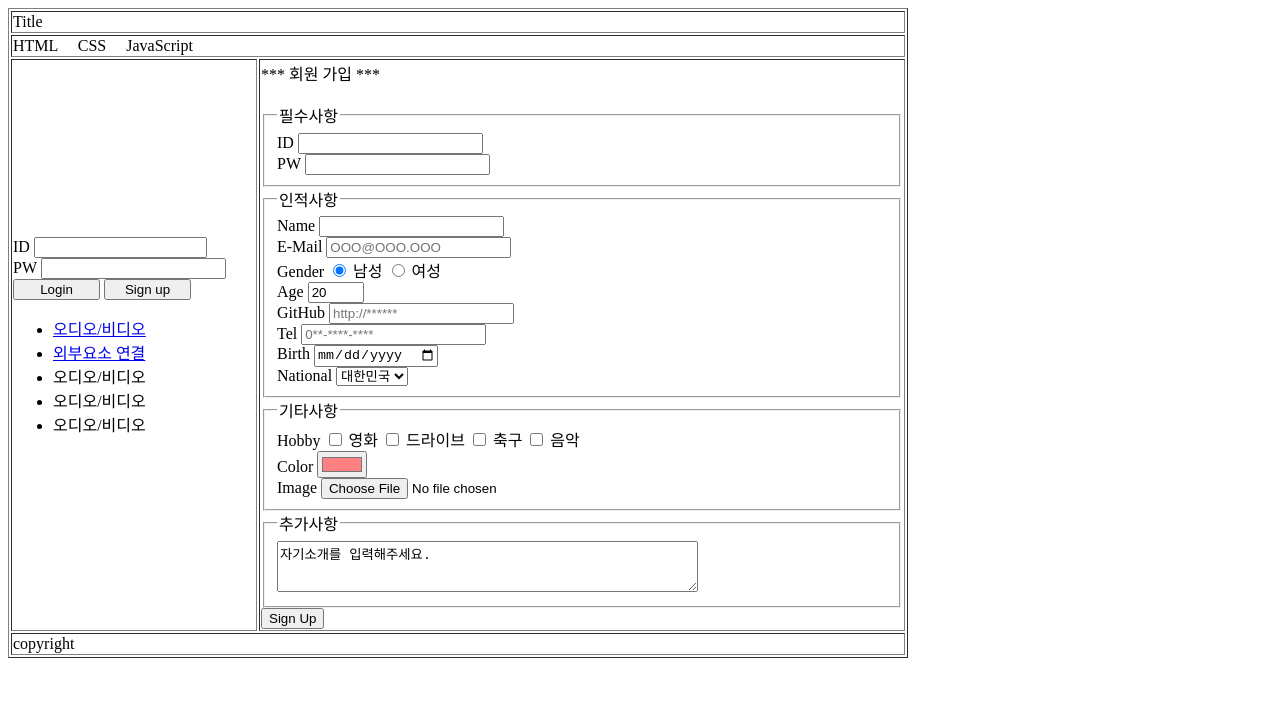
Repository: Hwangjiwon/MultiCampus
Page: http://localhost/2Study/jsp/member_insert.jsp
These files come from the project's save history. The page is drawn as it stood at one moment and after the next save; the edit follows.
The browser window is 1280 px wide. The pictures show the whole page.
The page is served by Tomcat 9. Other server files are loaded and not shown.

Above is the page before, as saved 2019-05-31 02:52:25.

### 2Study/WebContent/jsp/member_insert.jsp
<%@ page language="java" contentType="text/html; charset=UTF-8"
	pageEncoding="UTF-8"%>

<jsp:include page="header.jsp"></jsp:include>
<jsp:include page="side.jsp"></jsp:include>
<td>

	*** 회원 가입 *** <br> <br>

	<form action = "/2Study/Main?sign=member_insert" method="get">
		<fieldset>
			<legend>필수사항</legend>
		ID <input type = "text" name = "id" > <br>
		PW <input type = "text" name = "pw" > <br>
		</fieldset>
		<fieldset>
			<legend>인적사항</legend>
		Name <input type = "text" name = "name"> <br>
		E-Mail <input type ="email" placeholder="OOO@OOO.OOO" /> <br>
		Gender <input type = "radio" name = gender" value = "male" checked /> 남성
			<input type = "radio" name = gender" value = "female" /> 여성 <br>
		Age <input type = "number" min = "1" max ="99" step ="1" value ="20"/> <br>
		GitHub <input type = "url" placeholder="http://******"/> <br>
		Tel <input type ="tel" pattern ="[0-9]{2,3}-[0-9]{3,4}-[0-9]{4}" placeholder ="0**-****-****"/><br>
		Birth <input type ="date" name ="birth"/> <br>
		National <select name ="country">
					<option value = "Korea" selected> 대한민국 </option>
					<option value = "USA"> 미국 </option>
					<option value = "UK"> 영국 </option>
					<option value = "Japan"> 일본 </option>
					<option value = "China"> 중국 </option>
				</select> <br>
		</fieldset>
		<fieldset>
			<legend>기타사항</legend>
		Hobby <input type ="checkbox" name = "hobby" value = "movie" /> 영화
			<input type ="checkbox" name = "hobby" value = "drive" /> 드라이브
			<input type ="checkbox" name = "hobby" value = "soccer" /> 축구
			<input type ="checkbox" name = "hobby" value = "music" /> 음악 <br>
		Color <input type = "color" name = "color" value = "#FF8080"><br>
		Image <input type = "file" name = "filename" > <br>
		</fieldset>
		<fieldset>
			<legend>추가사항</legend>
		<textarea rows = "3" cols ="50" name ="memo">
자기소개를 입력해주세요.
		</textarea> <br>
		</fieldset>
		<input type ="submit" value ="Sign Up">
	</form>
</td>
</tr>

<jsp:include page="copyright.jsp"></jsp:include>

### 2Study/WebContent/jsp/header.jsp
<%@ page language="java" contentType="text/html; charset=UTF-8"
	pageEncoding="UTF-8"%>
<!DOCTYPE html>
<html>
<head>
<meta charset="UTF-8">
<title>HOME</title>
</head>
<body>
	<table border="1" width="900" height="600">
		<tr height="15%">
			<td colspan="2">Title</td>
		</tr>
		<tr height="5%">
			<td colspan="2">HTML &nbsp;&nbsp;&nbsp; CSS &nbsp;&nbsp;&nbsp;
				JavaScript</td>
		</tr>

### 2Study/WebContent/jsp/side.jsp
<%@ page language="java" contentType="text/html; charset=UTF-8"
	pageEncoding="UTF-8"%>
<tr>
	<td width="20%">
		<!-- Java code가 들어갈 수 있는 부분 -->
		<%
			String username = (String)session.getAttribute("username");
			if(username != null) { //login_ok
		%>

			${username}님, 환영합니다.

		<form action="/2Study/Main?sign=logout" method="post">
			<input type="submit" value="Logout">
		</form>

		<%
			} else {
		%>
			<!-- 절대경로화 해서 서블릿으로 요청 보내기 -->
			<form style="width: 242px;" method="post" action="/2Study/Main?sign=login">
				ID <input name="id" style="width: 165px;"><br>
				PW <input name="pw" type="password"><br>
					<input type="submit" value="Login" style="width: 87px;">
					<a href = "/2Study/jsp/member_insert.jsp">
						<input type="button" value="Sign up" style="width: 87px;">
					</a>
			</form>

		<%
			}
		%>

		<ul>
			<!-- Context명부터 써줘서 절대경로화! /프로젝트명/... -->
			<li><a href="/2Study/jsp/audio_video.jsp">오디오/비디오</a></li>
			<li><a href="/2Study/jsp/iframe.jsp">외부요소 연결</a></li>
			<li>오디오/비디오</li>
			<li>오디오/비디오</li>
			<li>오디오/비디오</li>
		</ul>
	</td>

### 2Study/WebContent/jsp/copyright.jsp
<%@ page language="java" contentType="text/html; charset=UTF-8"
	pageEncoding="UTF-8"%>

<tr height="5%">
	<td colspan="2">copyright</td>
</tr>
</table>

</body>
</html>

After the next save:
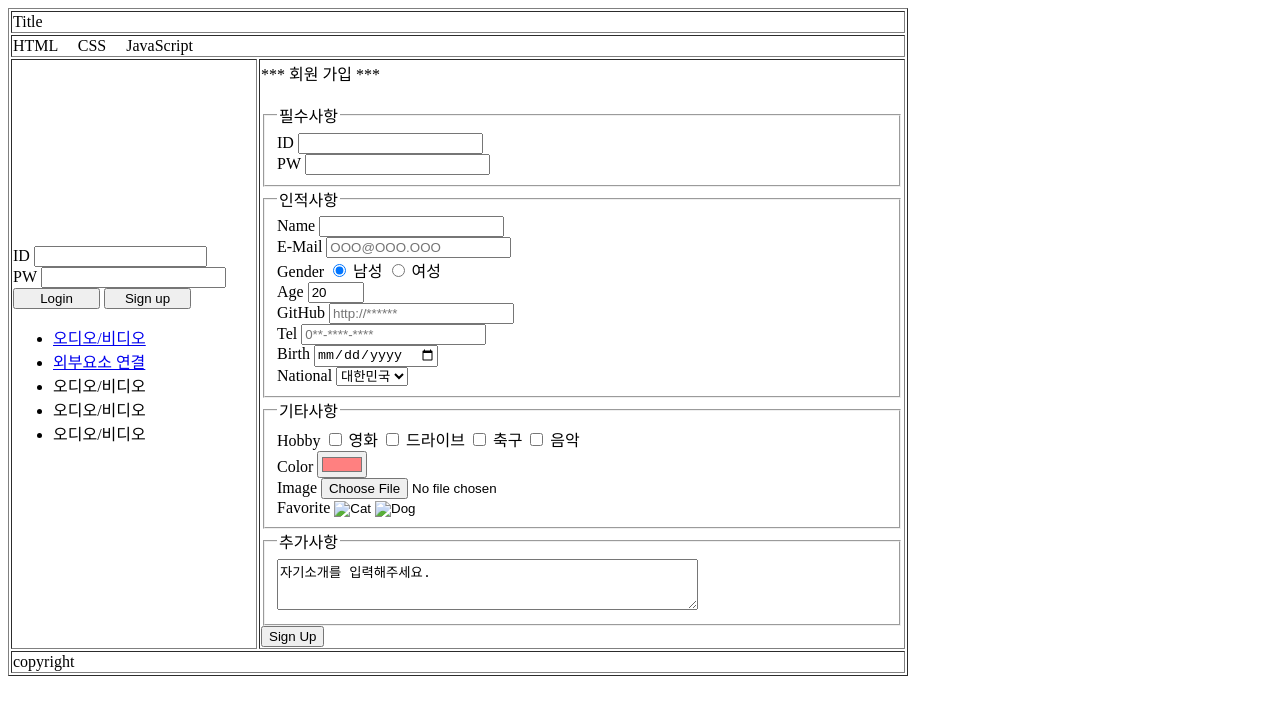
Saved 6 min 52 s later.
--- a/2Study/WebContent/jsp/member_insert.jsp
+++ b/2Study/WebContent/jsp/member_insert.jsp
@@ -34,11 +34,13 @@
 		<fieldset>
 			<legend>기타사항</legend>
 		Hobby <input type ="checkbox" name = "hobby" value = "movie" /> 영화
-			<input type ="checkbox" name = "hobby" value = "drive" /> 드라이브
-			<input type ="checkbox" name = "hobby" value = "soccer" /> 축구
-			<input type ="checkbox" name = "hobby" value = "music" /> 음악 <br>
+			  <input type ="checkbox" name = "hobby" value = "drive" /> 드라이브
+		 	  <input type ="checkbox" name = "hobby" value = "soccer" /> 축구
+			  <input type ="checkbox" name = "hobby" value = "music" /> 음악 <br>
 		Color <input type = "color" name = "color" value = "#FF8080"><br>
 		Image <input type = "file" name = "filename" > <br>
+		Favorite <input type = "image" src = "" alt ="Cat"/>
+				 <input type = "image" src = "" alt ="Dog"/> <br>
 		</fieldset>
 		<fieldset>
 			<legend>추가사항</legend>
